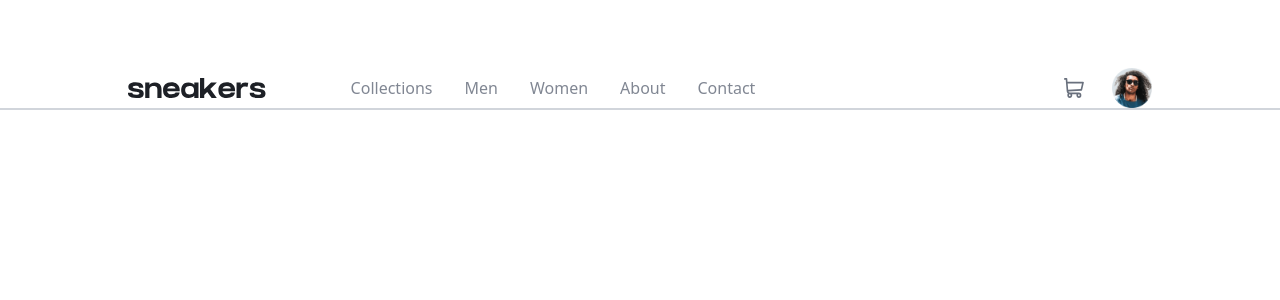
Repository: Sef24/product-design-sneakers
Page: /
An editor plug-in stored every save of this project. The page is shown before and after the next save, followed by the edit.
The browser window is 1280 px wide. The pictures show the whole page.
The project was rebuilt for these pictures with package versions that can differ from the ones it lists, and the page was loaded fresh each time.

Above is the page before, as saved 2022-06-11 21:28:43.

### src/App.js
import Nav from "./components/Nav";

function App() {
  return (
    <main>
      <Nav />
    </main>
  );
}

export default App;

### src/components/Nav.js
import React from "react";
import logo from "../images/logo.svg";
import cart from "../images/icon-cart.svg";
import avatar from "../images/image-avatar.png";

function Nav() {
  return (
    <main className=" border-b-2 border-gray-300 pt-10">
      <section className="flex items-center justify-between mx-32 pt-7 ">
        <div>
          <img src={logo} alt="" className="h-5" />
        </div>

        <div className="flex space-x-8 mr-56 text-gray-500 opacity-85">
          <h4>Collections</h4>
          <h4>Men</h4>
          <h4>Women</h4>
          <h4>About</h4>
          <h4>Contact</h4>
        </div>

        <section className="flex items-center space-x-7 ">
          <img src={cart} alt="" className="h-5 w-5" />
          <img src={avatar} alt="" className="h-10" />
        </section>
      </section>
    </main>
  );
}

export default Nav;

### tailwind.config.js
/** @type {import('tailwindcss').Config} */
module.exports = {
  content: ["./src/**/*.{js,jsx,ts,tsx}"],
  theme: {
    extend: {
      fontFamily: {
        "kumbh-sans": ["kumbh-sans"],
      },
    },
  },
  plugins: [],
};

Loaded but not shown: public/index.html (common file); src/index.js (common file); src/index.css (common file)

After the next save:
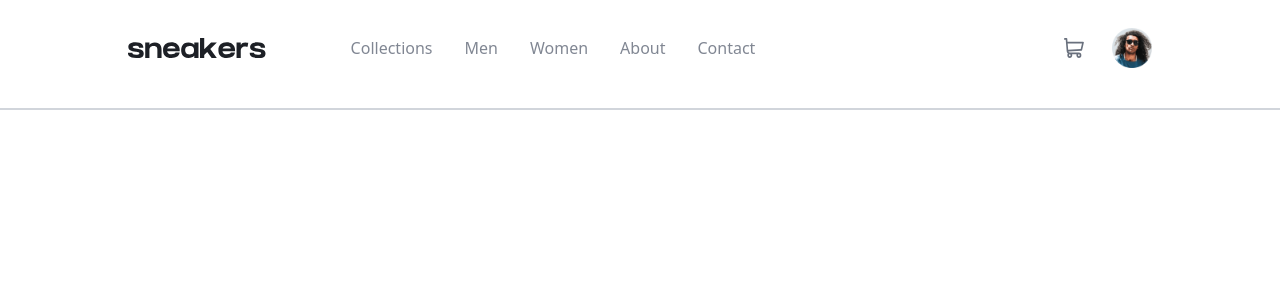
Saved 4 s later.
--- a/src/components/Nav.js
+++ b/src/components/Nav.js
@@ -5,7 +5,7 @@
 
 function Nav() {
   return (
-    <main className=" border-b-2 border-gray-300 pt-10">
+    <main className=" border-b-2 border-gray-300 pb-10">
       <section className="flex items-center justify-between mx-32 pt-7 ">
         <div>
           <img src={logo} alt="" className="h-5" />
